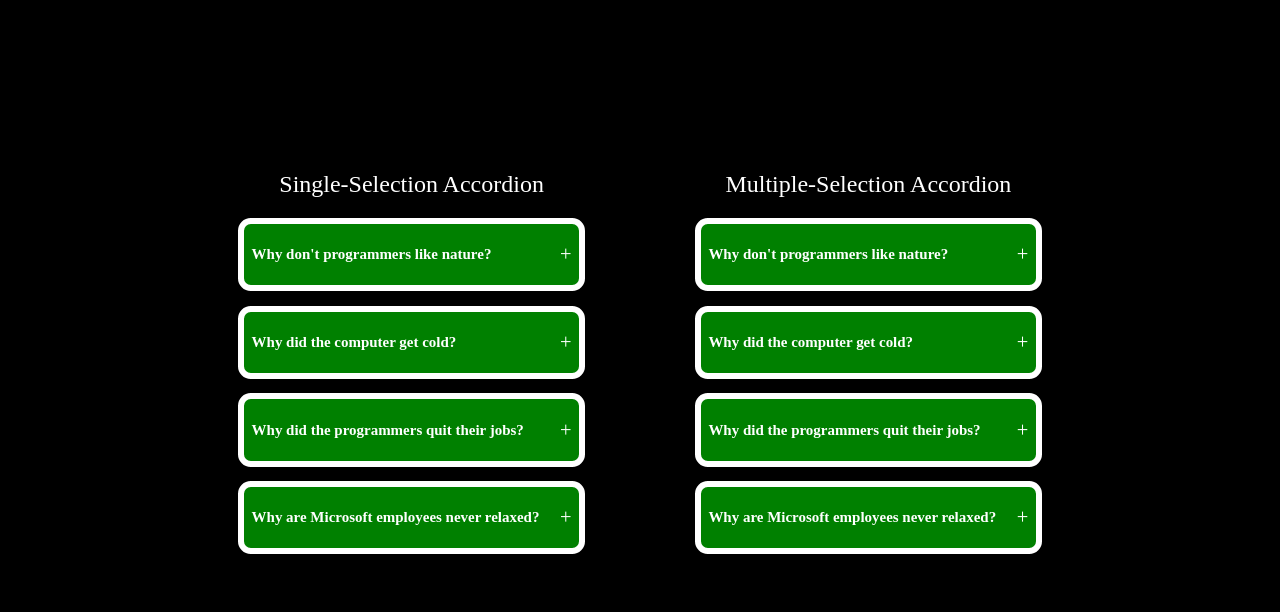
Repository: kosenijr/react-projects
Page: / (app in accordion/)
The author's editor kept a copy of each file at every save. The page is drawn from the files as they stood at one save, then again after the next save.
The browser window is 1280 px wide. The pictures show the whole page.
The project was rebuilt for these pictures with package versions that can differ from the ones it lists, and the page was loaded fresh each time.

Above is the page before, as saved 2024-03-03 15:11:19.

After the next save:
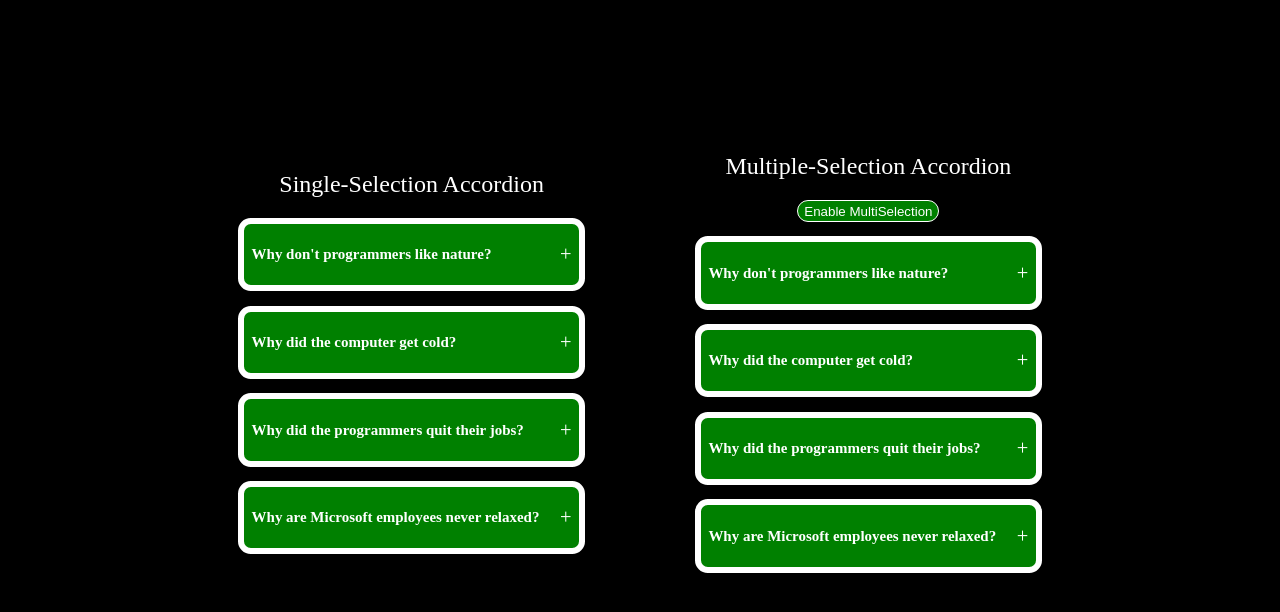
Saved 3 min 17 s later.
--- a/accordion/src/components/MultiSelection.js
+++ b/accordion/src/components/MultiSelection.js
@@ -15,7 +15,7 @@ function MultiSelection() {
   };
   const handleMultiSelection = (getCurrentId) => {
     // if value of selected equals getCurrentID, null; if otherwise, push into enable array
-    setEnableSelected(selected === getCurrentId ? null : selected);
+    setEnableMultiSelection(selected === getCurrentId ? null : selected);
   };
 
   return (
@@ -25,6 +25,7 @@ function MultiSelection() {
         <h2 className="multi-selection-description">
           Multiple-Selection Accordion
         </h2>
+        <button className="multi-enable-button">Enable MultiSelection</button>
         {data && data.length > 0 ? (
           data.map((dataItem) => (
             <div
